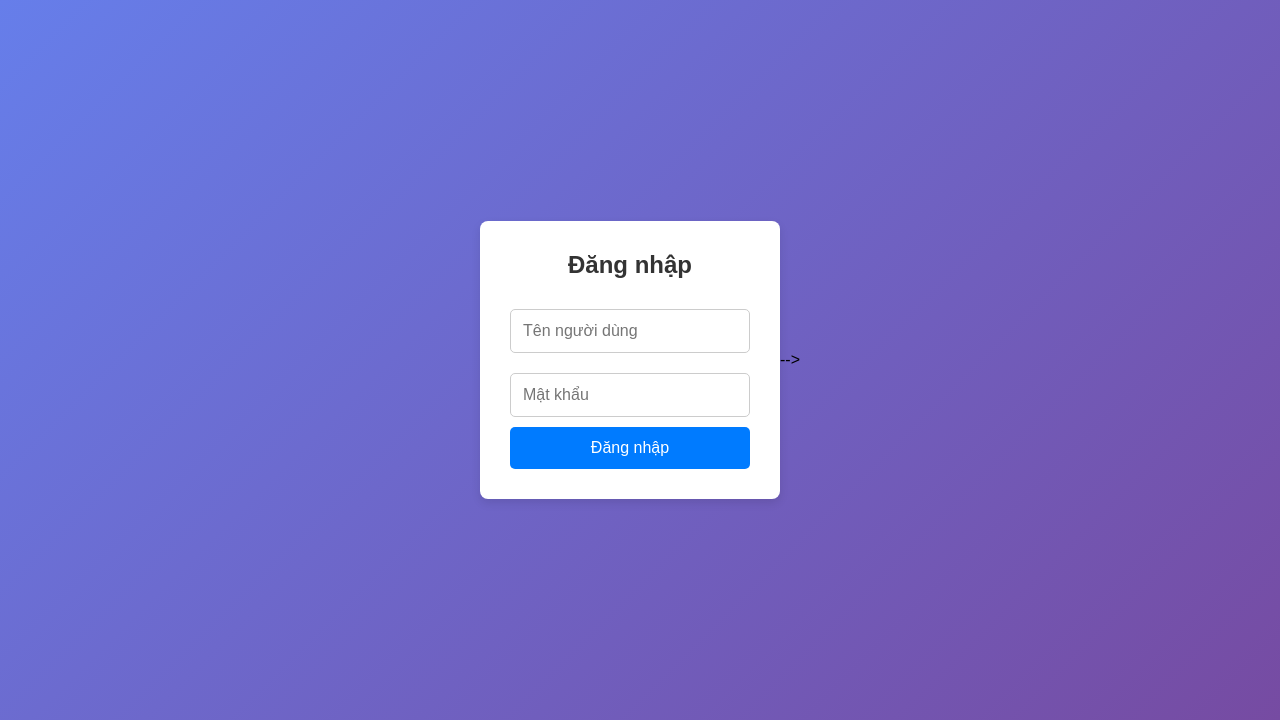
Repository: Trang-20/Du_an_mau
Page: http://localhost/asm2C/login.php
The author's editor kept a copy of each file at every save. The page is drawn from the files as they stood at one save, then again after the next save.
The browser window is 1280 px wide. The pictures show the whole page.
The page is run by PHP 8.4 with error messages shown; the project is at /var/www/html/.

Above is the page before, as saved 2025-02-26 14:39:57.

After the next save:
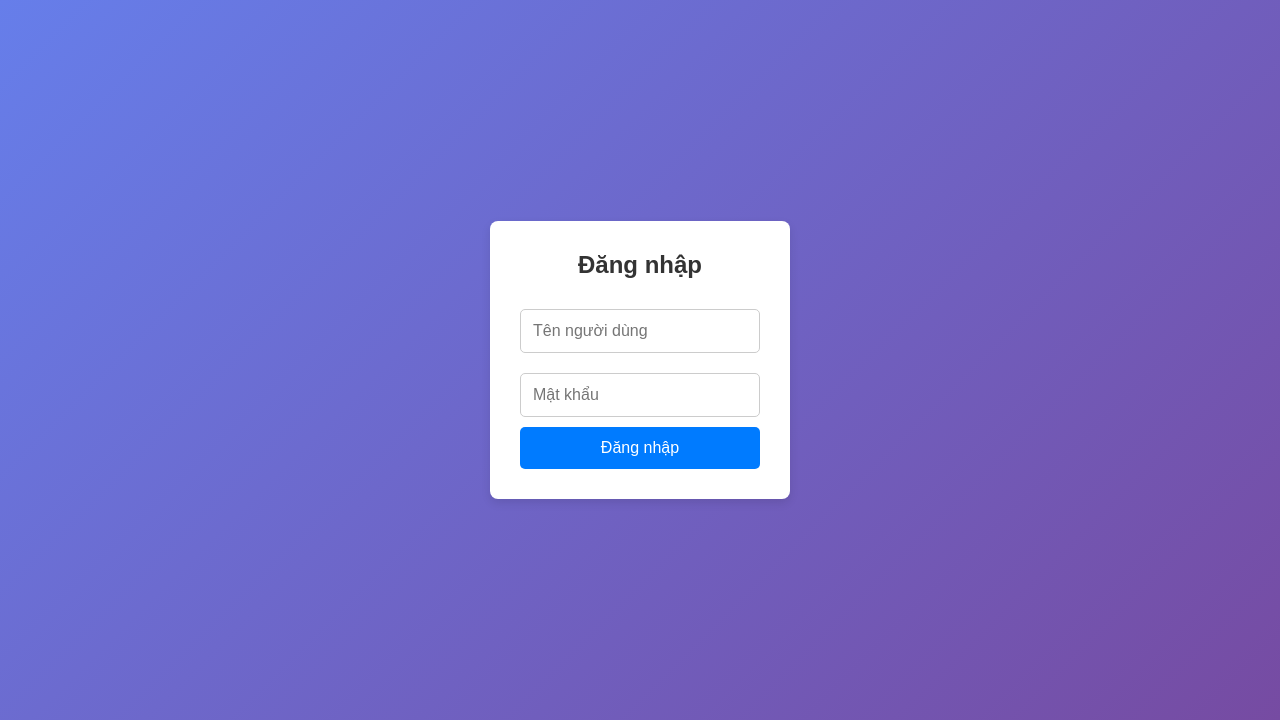
Saved 24 s later.
--- a/login.php
+++ b/login.php
@@ -116,4 +116,4 @@
         color: red;
         margin-top: 10px;
     }
-</style> -->
+</style>
